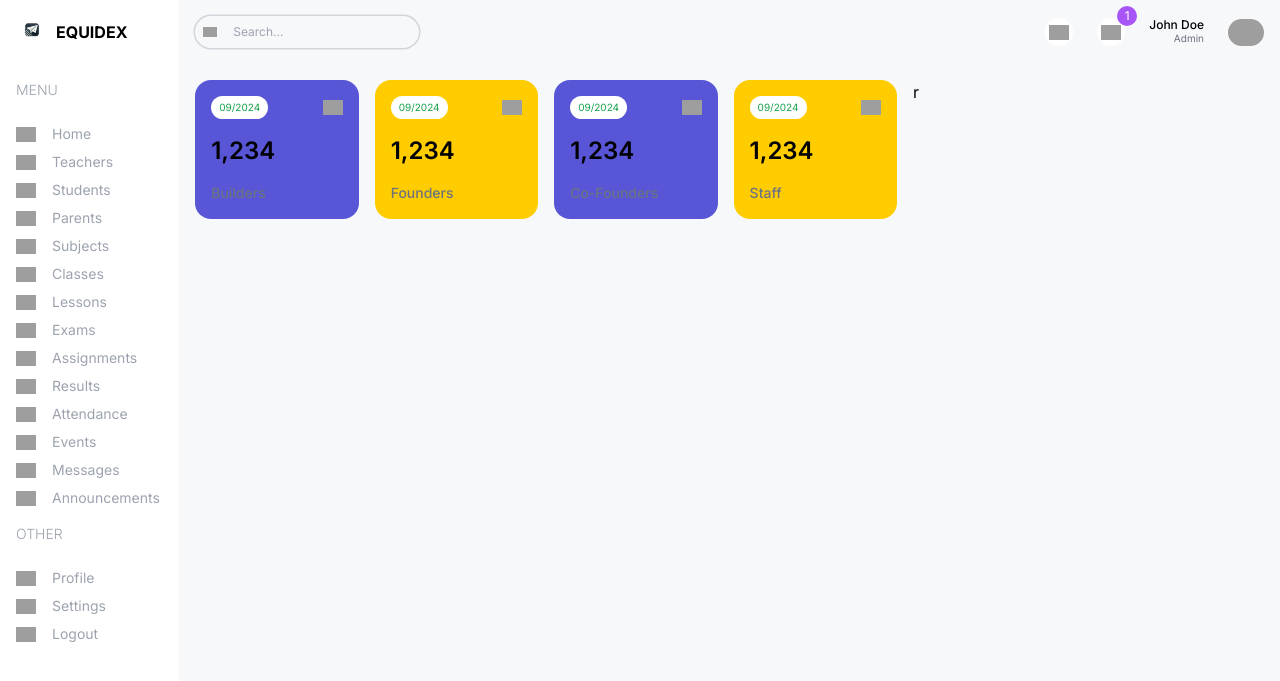
Repository: MikeeBuilds/equidex
Page: /admin
The author's editor kept a copy of each file at every save. The page is drawn from the files as they stood at one save, then again after the next save.
The browser window is 1280 px wide. The pictures show the whole page.
Pictures or frames that could not be fetched are drawn as grey boxes. The project was rebuilt for these pictures with package versions that can differ from the ones it lists, and the page was loaded fresh each time. The framework's server and built-in components were replaced by stand-ins that run in the browser. Also part of the build but not shown: next.config.mjs.

Above is the page before, as saved 2024-09-24 18:35:55.

### src/app/layout.tsx
import type { Metadata } from "next";
import { Inter } from "next/font/google";
import "./globals.css";

const inter = Inter({ subsets: ["latin"] });

export const metadata: Metadata = {
  title: "Equidex",
  description: "Link with builders & share workload for sweat equity",
};

export default function RootLayout({
  children,
}: Readonly<{
  children: React.ReactNode;
}>) {
  return (
    <html lang="en">
      <body className={inter.className}>

        {children}
      </body>
    </html>
  );
}

### src/app/(dashboard)/layout.tsx
import Menu from "@/components/Menu";
import Navbar from "@/components/Navbar";
import Image from "next/image";
import Link from "next/link";

export default function DashboardLayout({
  children,
}: Readonly<{
  children: React.ReactNode;
}>) {
  return (
    <div className="h-screen flex">
      {/* LEFT */}
      <div className="w-[14%] md:w-[8%] lg:w-[16%] xl:w-[14%] p-4">
        <Link
          href="/"
          className="flex items-center justify-center lg:justify-start gap-2"
        >
          <Image src="/logo.png" alt="logo" width={32} height={32} />
          <span className="hidden lg:block font-bold">EQUIDEX</span>
        </Link>
        <Menu />
      </div>
      {/* RIGHT */}
      <div className="w-[86%] md:w-[92%] lg:w-[84%] xl:w-[86%] bg-[#F7F8FA] overflow-scroll flex flex-col">
        <Navbar />
        {children}
      </div>
    </div>
  );
}

### src/app/(dashboard)/admin/page.tsx
import UserCard from '@/components/UserCard'
import React from 'react'

const AdminPage = () => {
  return (
    <div className='p-4 flex gap-4 flex-col md:flex-row'>
      {/* LEFT */}
      <div className='w-full lg:w-2/3'>
      {/* USER CARD */}
      <div className='flex gap-4 justify-between flex-wrap'>
        <UserCard type='Builders' />
        <UserCard type='Founders' />
        <UserCard type='Co-Founders' />
        <UserCard type='Staff' />
      </div>
      </div>
      {/* RIGHT */}
      <div className='w-full lg:w-1/3'>r</div>
    </div>

  )
}

export default AdminPage

### src/components/Menu.tsx
import Image from "next/image";
import Link from "next/link";

const menuItems = [
  {
    title: "MENU",
    items: [
      {
        icon: "/home.png",
        label: "Home",
        href: "/",
        visible: ["admin", "teacher", "student", "parent"],
      },
      {
        icon: "/teacher.png",
        label: "Teachers",
        href: "/list/teachers",
        visible: ["admin", "teacher"],
      },
      {
        icon: "/student.png",
        label: "Students",
        href: "/list/students",
        visible: ["admin", "teacher"],
      },
      {
        icon: "/parent.png",
        label: "Parents",
        href: "/list/parents",
        visible: ["admin", "teacher"],
      },
      {
        icon: "/subject.png",
        label: "Subjects",
        href: "/list/subjects",
        visible: ["admin"],
      },
      {
        icon: "/class.png",
        label: "Classes",
        href: "/list/classes",
        visible: ["admin", "teacher"],
      },
      {
        icon: "/lesson.png",
        label: "Lessons",
        href: "/list/lessons",
        visible: ["admin", "teacher"],
      },
      {
        icon: "/exam.png",
        label: "Exams",
        href: "/list/exams",
        visible: ["admin", "teacher", "student", "parent"],
      },
      {
        icon: "/assignment.png",
        label: "Assignments",
        href: "/list/assignments",
        visible: ["admin", "teacher", "student", "parent"],
      },
      {
        icon: "/result.png",
        label: "Results",
        href: "/list/results",
        visible: ["admin", "teacher", "student", "parent"],
      },
      {
        icon: "/attendance.png",
        label: "Attendance",
        href: "/list/attendance",
        visible: ["admin", "teacher", "student", "parent"],
      },
      {
        icon: "/calendar.png",
        label: "Events",
        href: "/list/events",
        visible: ["admin", "teacher", "student", "parent"],
      },
      {
        icon: "/message.png",
        label: "Messages",
        href: "/list/messages",
        visible: ["admin", "teacher", "student", "parent"],
      },
      {
        icon: "/announcement.png",
        label: "Announcements",
        href: "/list/announcements",
        visible: ["admin", "teacher", "student", "parent"],
      },
    ],
  },
  {
    title: "OTHER",
    items: [
      {
        icon: "/profile.png",
        label: "Profile",
        href: "/profile",
        visible: ["admin", "teacher", "student", "parent"],
      },
      {
        icon: "/setting.png",
        label: "Settings",
        href: "/settings",
        visible: ["admin", "teacher", "student", "parent"],
      },
      {
        icon: "/logout.png",
        label: "Logout",
        href: "/logout",
        visible: ["admin", "teacher", "student", "parent"],
      },
    ],
  },
];

const Menu = () => {
  return (
    <div className=" mt-4 text-sm">
      {menuItems.map(i=> (
        <div className="flex flex-col gap-2" key={i.title}>
          <span className="hidden lg:block text-gray-400 font-light my-4">{i.title}</span>
          {i.items.map(item => (
            <Link className="flex items-center justify-center lg:justify-start gap-4 text-gray-400 hover:text-black" href={item.href} key={item.label}>
              <Image src={item.icon} alt="" width={20} height={20} />
              <span className="hidden lg:block">{item.label}</span>
            </Link>
          ))}
        </div>
      ))}
    </div>
  )
}

export default Menu;

### src/components/Navbar.tsx
import Image from "next/image";

const Navbar = () => {
  return (
    <div className="flex items-center justify-between p-4">
      {/* SEARCH BAR */}
      <div className="hidden md:flex items-center gap-2 text-xs rounded-full ring-[1.5px] ring-gray-300 px-2">
        <Image src="/search.png" alt="" width={14} height={14} />
        <input
          type="text"
          placeholder="Search..."
          className="w-[200px] p-2 bg-transparent outline-none"
        />
      </div>
      {/* ICONS AND USER */}
      <div className="flex items-center gap-6 justify-end w-full">
        <div className="bg-white rounded-full w-7 h-7 flex items-center justify-center cursor-pointer">
          <Image src="/message.png" alt="" width={20} height={20} />
        </div>
        <div className="bg-white rounded-full w-7 h-7 flex items-center justify-center cursor-pointer relative">
          <Image src="/announcement.png" alt="" width={20} height={20} />
          <div className="absolute -top-3 -right-3 w-5 h-5 flex items-center justify-center bg-purple-500 text-white rounded-full text-xs">
            1
          </div>
        </div>
        <div className="flex flex-col">
          <span className="text-xs leading-3 font-medium">John Doe</span>
          <span className="text-[10px] text-gray-500 text-right">Admin</span>
        </div>
        <Image
          src="/avatar.png"
          alt=""
          width={36}
          height={36}
          className="rounded-full"
        />
      </div>
    </div>
  );
};

export default Navbar;

### src/components/UserCard.tsx
import Image from 'next/image'
import React from 'react'

const UserCard = ({type}:{type:string}) => {
  return (
    <div className='rounded-2xl odd:bg-dexPurple even:bg-dexYellow p-4 flex-1 min-w-[130px]'>
        <div className='flex justify-between items-center'>
            <span className='text-[10px] bg-white px-2 py-1 rounded-full text-green-600'>09/2024</span>
            <Image src="/more.png" alt='more' width={20} height={20} />
        </div>
        <h1 className='text-2xl font-semibold my-4'>1,234</h1>
        <h2 className='capitalize text-sm font-medium text-gray-500'>{type}</h2>
    </div>
  )
}

export default UserCard

### tailwind.config.ts
import type { Config } from "tailwindcss";

const config: Config = {
  content: [
    "./src/pages/**/*.{js,ts,jsx,tsx,mdx}",
    "./src/components/**/*.{js,ts,jsx,tsx,mdx}",
    "./src/app/**/*.{js,ts,jsx,tsx,mdx}",
  ],
  theme: {
    extend: {
      backgroundImage: {
        "gradient-radial": "radial-gradient(var(--tw-gradient-stops))",
        "gradient-conic":
          "conic-gradient(from 180deg at 50% 50%, var(--tw-gradient-stops))",
      },
      colors: {
        dexSky: "#C3EBFA",
        dexSkyLight: "#EDF9FD",
        dexPurple: "#5856D6",
        dexPurpleLight: "#E5E5EA",
        dexYellow: "#FFCC00",
        dexYellowLight: "#FFFAEF",
      },
    },
  },
  plugins: [],
};
export default config;

Loaded but not shown: src/app/globals.css (common file)

After the next save:
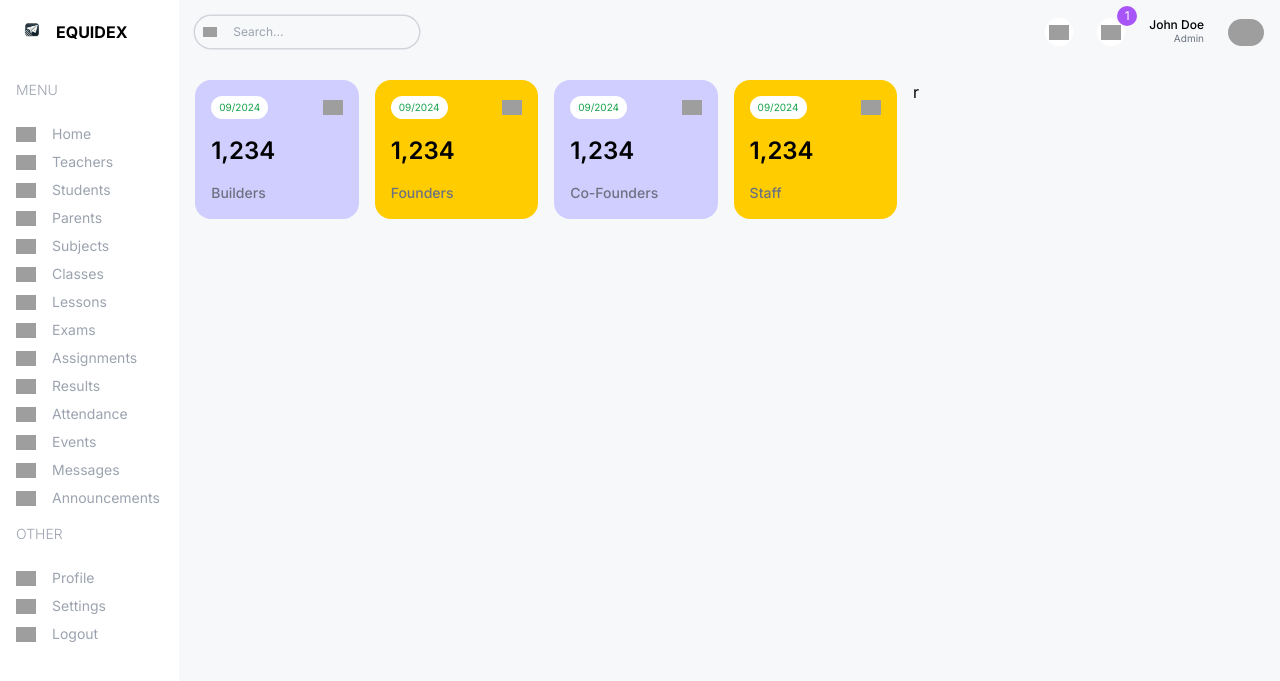
Saved 7 s later.
--- a/tailwind.config.ts
+++ b/tailwind.config.ts
@@ -16,7 +16,7 @@ const config: Config = {
       colors: {
         dexSky: "#C3EBFA",
         dexSkyLight: "#EDF9FD",
-        dexPurple: "#5856D6",
+        dexPurple: "#CFCEFF",
         dexPurpleLight: "#E5E5EA",
         dexYellow: "#FFCC00",
         dexYellowLight: "#FFFAEF",
